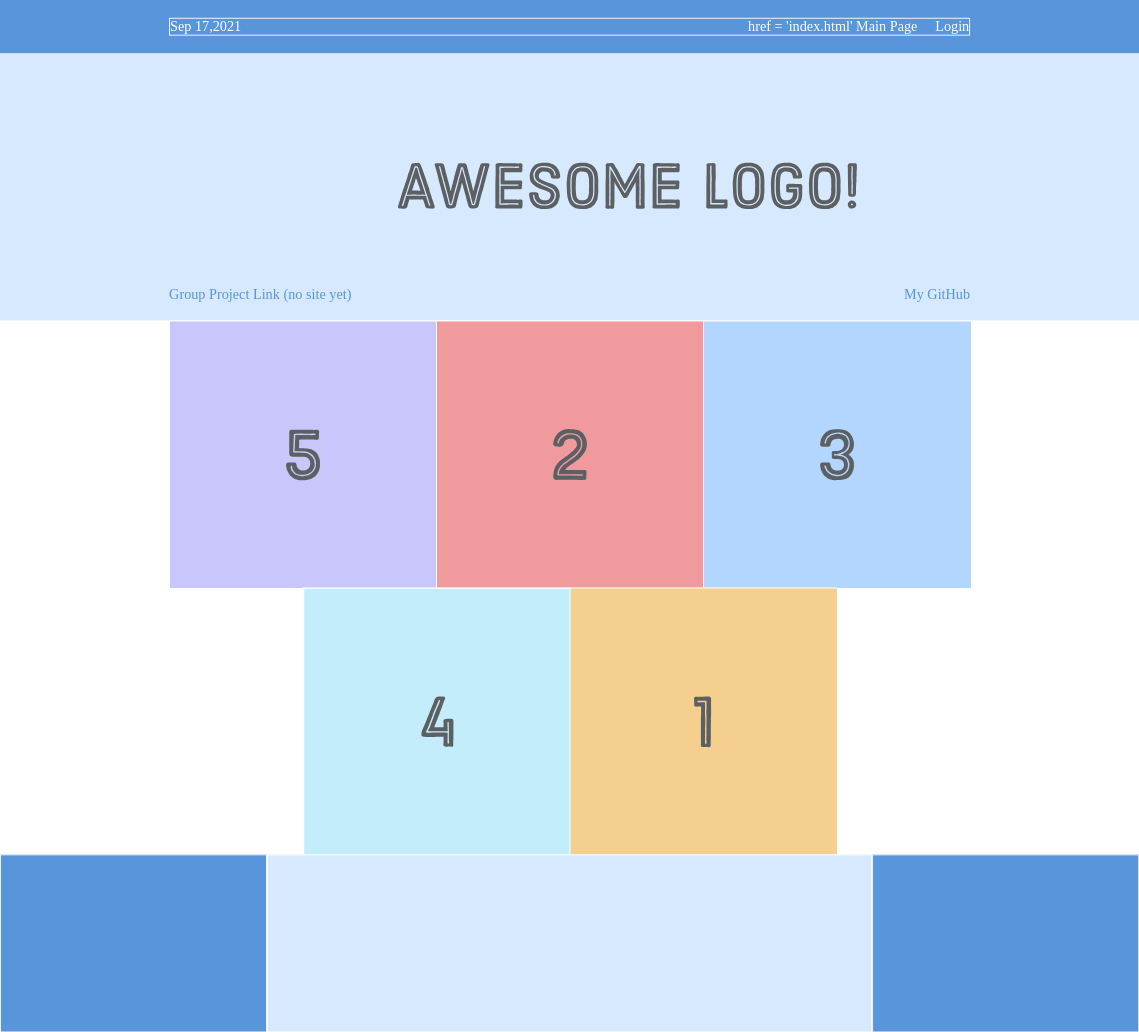
Repository: arkomz/INST377-Lab-Work
Page: client/lab_3/index.html
An editor plug-in stored every save of this project. The page is shown before and after the next save, followed by the edit.
The browser window is 1280 px wide. The pictures show the whole page, at 89% of full size.

Above is the page before, as saved 2021-09-17 13:32:23.

After the next save:
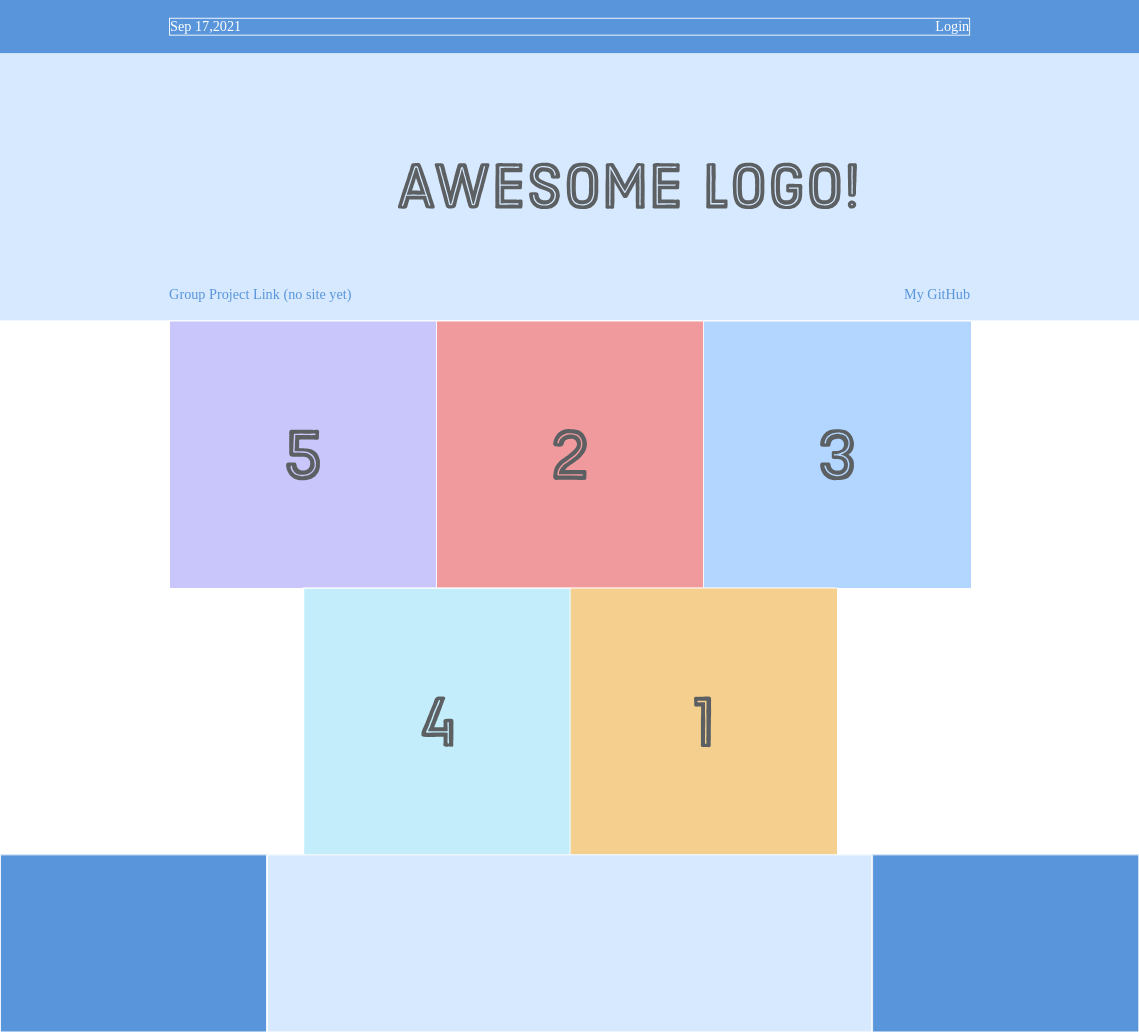
Saved 13 s later.
--- a/client/lab_3/index.html
+++ b/client/lab_3/index.html
@@ -10,7 +10,7 @@
       <div class='menu'>
         <div class='date'>Sep 17,2021</div>
 
-              <div class='signup' > href = 'index.html' Main Page </div>
+              <div class='signup' > <a href = 'index.html' Main Page> </a> </div>
               <div class='login'>Login</div>
 
       </div>
